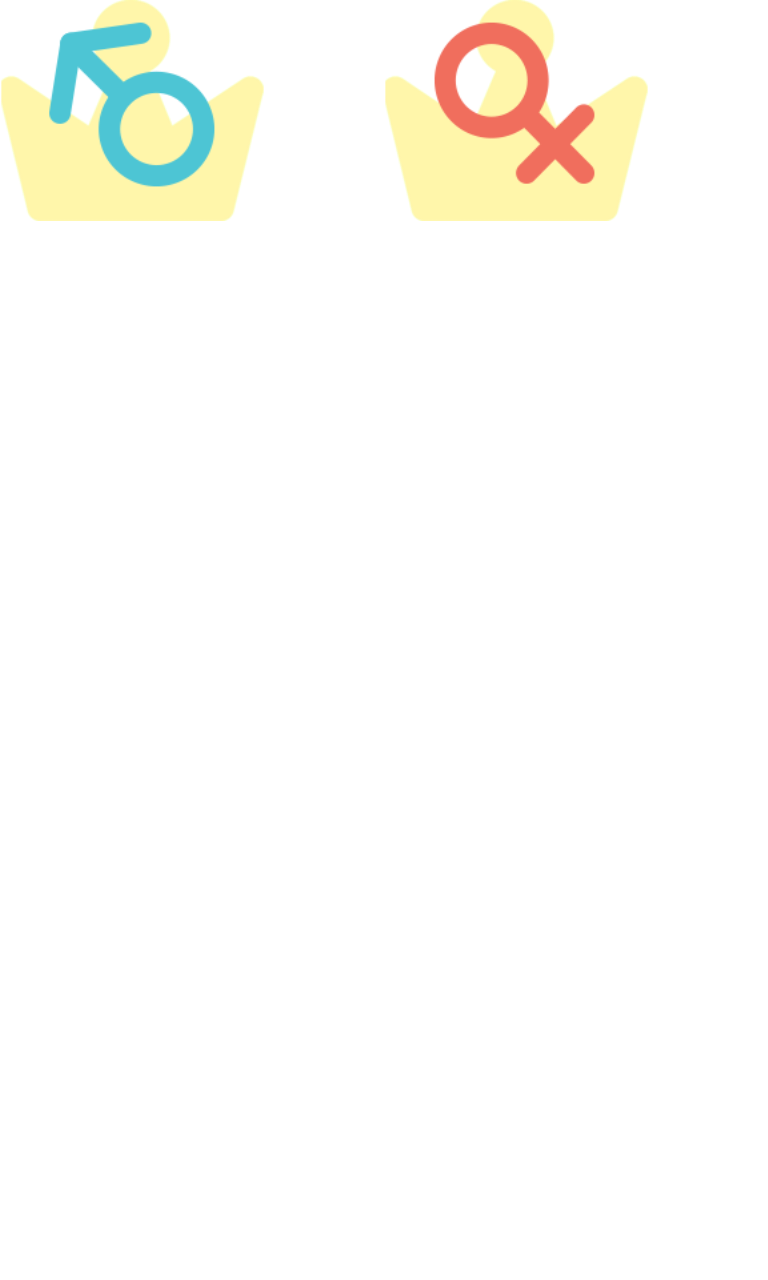
Repository: dokwon/mingle_final_client
Layout: mingle/res/layout/vote_fragment.xml
These files come from the project's save history. The layout is drawn as it stood at one moment and after the next save; the edit follows.
It is drawn on a 768 x 1280 px phone screen (xhdpi) without system bars, with theme WhiteTheme; the app's code is not run. Lists and similar views that code fills are empty.

Above is the layout before, as saved 2014-08-05 09:28:09.

### mingle/res/layout/vote_fragment.xml
<?xml version="1.0" encoding="utf-8"?>
<LinearLayout xmlns:android="http://schemas.android.com/apk/res/android"
    android:layout_width="match_parent"
    android:layout_height="match_parent"
    android:orientation="vertical" >

   <LinearLayout
		android:orientation="horizontal"
		android:baselineAligned="false"
		android:layout_width="fill_parent"
		android:layout_height="wrap_content">
		<RelativeLayout android:layout_weight="1" android:layout_height="fill_parent" android:layout_width="fill_parent">

			<ImageView
			    android:id="@+id/femaleTopLogo"
			    android:layout_width="wrap_content"
			    android:layout_height="wrap_content"

			    android:src="@drawable/king_symbol" />

		</RelativeLayout>
		<RelativeLayout android:layout_weight="1" android:layout_height="fill_parent" android:layout_width="fill_parent">
				<ImageView
				    android:id="@+id/maleTopLogo"
				    android:layout_width="wrap_content"
				    android:layout_height="wrap_content"

				    android:src="@drawable/queen_symbol" />
		</RelativeLayout>
	</LinearLayout>

	<ListView
		android:id="@+id/top_list"
		android:layout_width="fill_parent"
		android:layout_height="0dip"
		android:layout_weight="4.13" >
	</ListView>


</LinearLayout>

### mingle/res/values/styles.xml
<resources>


    <style name="WhiteTheme" parent="@android:style/Theme.Holo.Light">
        <item name="android:actionBarStyle">@style/MyActionBar</item>
    </style>

    <style name="MyActionBar" parent="@android:style/Widget.Holo.Light.ActionBar">
        <item name="android:background">#FFFFFF</item>
    </style>


    <!--
        Base application theme, dependent on API level. This theme is replaced
        by AppBaseTheme from res/values-vXX/styles.xml on newer devices.
    -->
    <style name="AppBaseTheme" parent="android:Theme.Light">
        <!--
            Theme customizations available in newer API levels can go in
            res/values-vXX/styles.xml, while customizations related to
            backward-compatibility can go here.
        -->
    </style>

    <!-- Application theme. -->
    <style name="AppTheme" parent="AppBaseTheme">
        <!-- All customizations that are NOT specific to a particular API-level can go here. -->
    </style>

    <!--  Title Bar Theme -->
    <style name="ProfileTheme" parent="android:Theme.Light">
        <item name="android:windowTitleSize">@dimen/title_bar_height</item>
        <item name="android:windowTitleBackgroundStyle">@style/WindowTitleBackground</item>
	</style>



    <!--  Chat Room Theme -->
	<style name="ChatRoomTheme" parent="android:Theme.Light">
        <item name="android:windowTitleSize">50dp</item>
        <item name="android:windowTitleBackgroundStyle">@style/WindowTitleBackground</item>
	</style>

	<!--  Photo View Theme -->
	<style name="PictureViewTheme">

    	<item name="android:background">#FFEAEAEA</item>
	</style>

    <style name="WindowTitleBackground">
        <item name="android:background">@color/titlebackgroundcolor</item>
    </style>

    <!--  Swipe list view theme -->
	<style name="MyListBackContent">
       <item name="android:layout_width">fill_parent</item>
       <item name="android:layout_height">fill_parent</item>
       <item name="android:background">@drawable/background_back</item>
       <item name="android:gravity">right</item>
   </style>

   <style name="MyListFrontContent">
       <item name="android:layout_width">fill_parent</item>
       <item name="android:layout_height">fill_parent</item>
       <item name="android:background">@drawable/background_front</item>
       <item name="android:padding">8dp</item>
   </style>

     <style name="MyListButtonAction">
       <item name="android:layout_margin">5dp</item>
         <item name="android:layout_width">80dp</item>
       <item name="android:layout_height">30dp</item>

   </style>

     <style name="UserListImage">
       <item name="android:layout_width">180dp</item>
       <item name="android:layout_height">180dp</item>
       <item name="android:scaleGravity">fill</item>
       <item name="android:layout_marginRight">8dp</item>
   </style>

     <style name="ChatRoomImage">
       <item name="android:layout_width">67dp</item>
       <item name="android:layout_height">67dp</item>
       <item name="android:scaleGravity">fill</item>
       <item name="android:layout_marginRight">8dp</item>
   </style>

   <style name="MyListTitle">
       <item name="android:paddingBottom">8dp</item>
       <item name="android:textSize">17sp</item>
       <item name="android:textStyle">bold</item>
       <item name="android:maxLines">2</item>
       <item name="android:ellipsize">end</item>
   </style>
</resources>

After the next save:
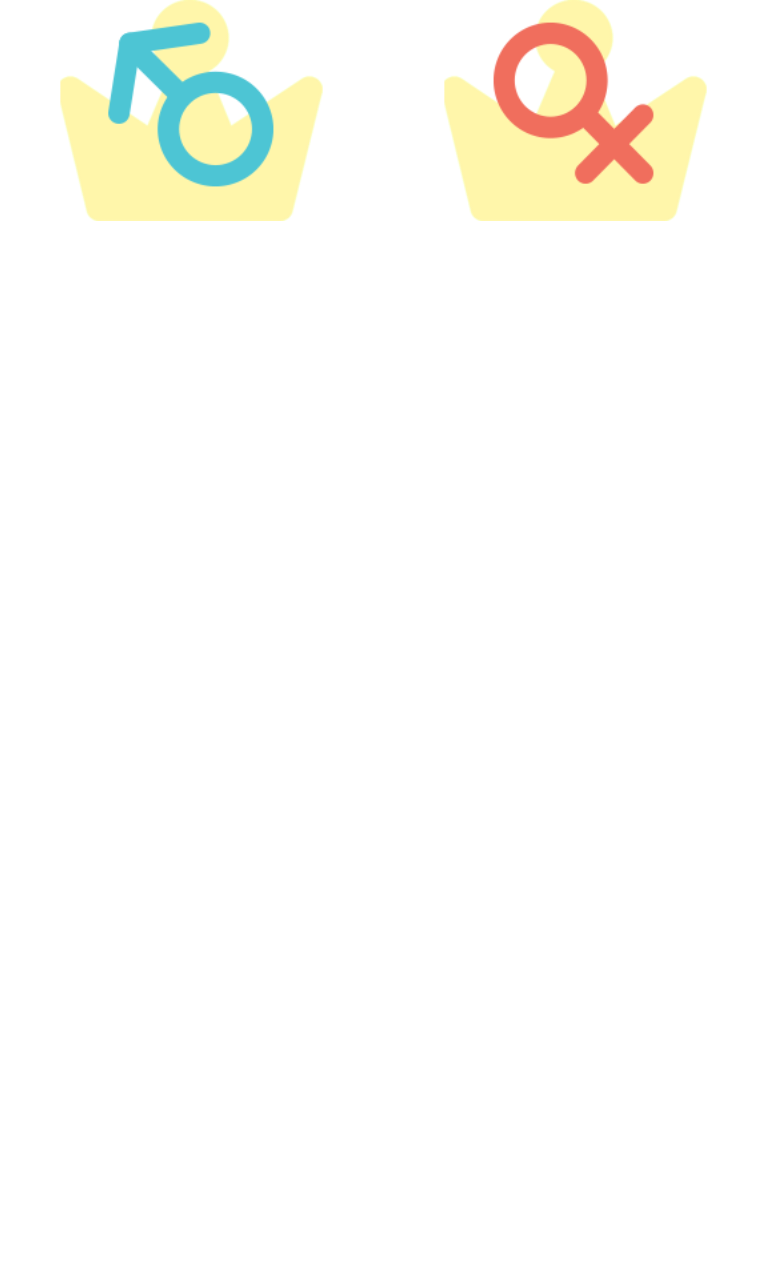
Saved 18 s later.
--- a/mingle/res/layout/vote_fragment.xml
+++ b/mingle/res/layout/vote_fragment.xml
@@ -15,7 +15,7 @@
 			    android:id="@+id/femaleTopLogo"
 			    android:layout_width="wrap_content"
 			    android:layout_height="wrap_content"
-
+			    android:layout_centerInParent="true"
 			    android:src="@drawable/king_symbol" />
 
 		</RelativeLayout>
@@ -24,7 +24,7 @@
 				    android:id="@+id/maleTopLogo"
 				    android:layout_width="wrap_content"
 				    android:layout_height="wrap_content"
-
+				    android:layout_centerInParent="true"
 				    android:src="@drawable/queen_symbol" />
 		</RelativeLayout>
 	</LinearLayout>
